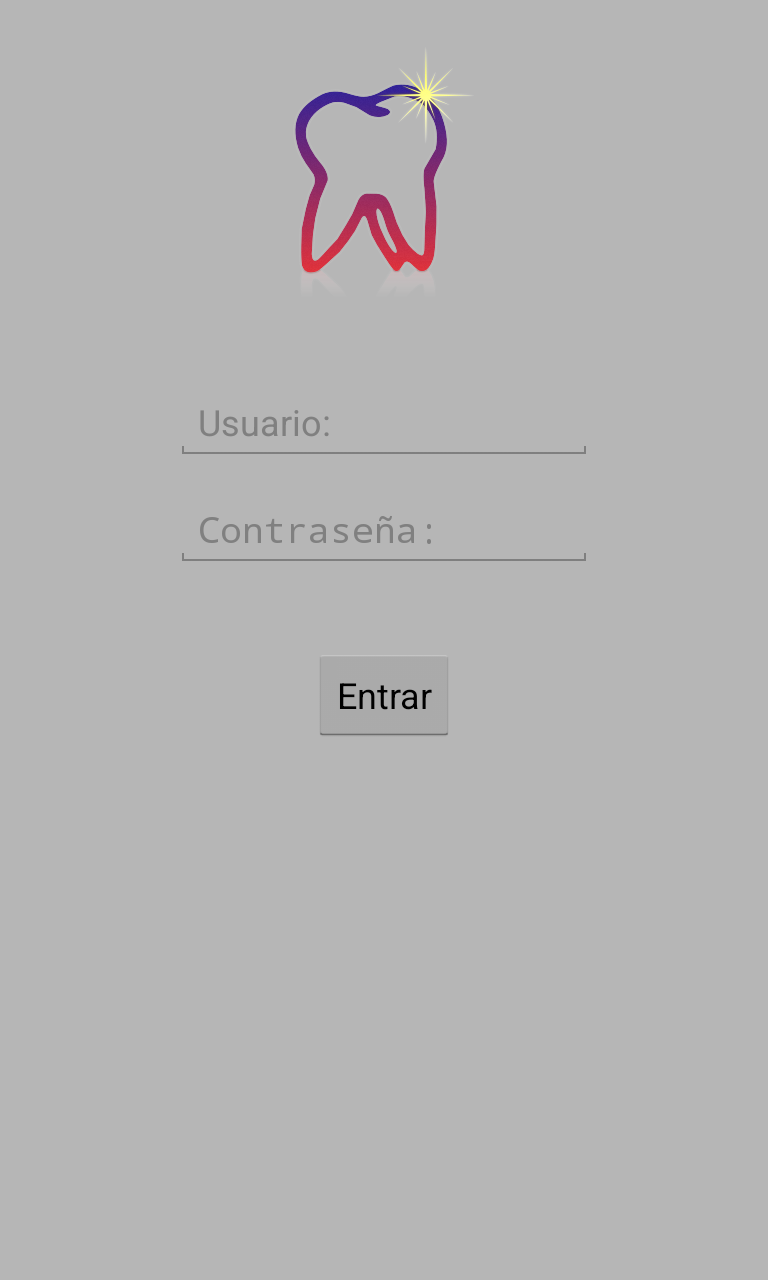
Repository: armandobs94/Dental.App
Layout: AplicacionMovil/DentalApp/Dental.App/res/layout/activity_main.xml
The author's editor kept a copy of each file at every save. The layout is drawn from the files as they stood at one save, then again after the next save.
It is drawn on a 768 x 1280 px phone screen (xhdpi) without system bars, with theme AppTheme; the app's code is not run.

Above is the layout before, as saved 2015-06-11 00:34:23.

### AplicacionMovil/DentalApp/Dental.App/res/layout/activity_main.xml
<RelativeLayout xmlns:android="http://schemas.android.com/apk/res/android"
    xmlns:tools="http://schemas.android.com/tools"
    android:layout_width="match_parent"
    android:layout_height="match_parent"
    android:background="#B6B6B6"
    android:paddingBottom="@dimen/activity_vertical_margin"
    android:paddingLeft="@dimen/activity_horizontal_margin"
    android:paddingRight="@dimen/activity_horizontal_margin"
    android:paddingTop="@dimen/activity_vertical_margin"
    tools:context=".MainActivity" >

    <EditText
        android:id="@+id/usuario"
        android:layout_width="wrap_content"
        android:layout_height="wrap_content"
        android:layout_below="@+id/imageView1"
        android:layout_centerHorizontal="true"
        android:layout_marginTop="42dp"
        android:ems="10"
        android:hint="@string/Usuario"
        />


    <ImageView
        android:id="@+id/imageView1"
        android:layout_width="wrap_content"
        android:layout_height="wrap_content"
        android:layout_alignParentTop="true"
        android:layout_centerHorizontal="true"
        android:contentDescription="@string/app_name"
        android:src="@drawable/diente" />

    <EditText
        android:id="@+id/editText2"
        android:layout_width="wrap_content"
        android:layout_height="wrap_content"
        android:layout_alignLeft="@+id/usuario"
        android:layout_below="@+id/usuario"
        android:layout_marginTop="14dp"
        android:ems="10"
        android:hint="@string/Contra"
        android:inputType="textPassword" />

    <Button
        android:id="@+id/button1"
        android:layout_width="wrap_content"
        android:layout_height="wrap_content"
        android:layout_below="@+id/editText2"
        android:layout_centerHorizontal="true"
        android:layout_marginTop="39dp"
        android:text="@string/Entrar" />

</RelativeLayout>

### AplicacionMovil/DentalApp/Dental.App/res/values/dimens.xml
<resources>

    <!-- Default screen margins, per the Android Design guidelines. -->
    <dimen name="activity_horizontal_margin">16dp</dimen>
    <dimen name="activity_vertical_margin">16dp</dimen>
    <dimen name="nav_drawer_width">260dp</dimen>

</resources>

### AplicacionMovil/DentalApp/Dental.App/res/values/strings.xml
<?xml version="1.0" encoding="utf-8"?>
<resources>

    <string name="app_name">Dental.App</string>
    <string name="action_settings">Configuración</string>
    <string name="hello_world">Hello world!</string>
    <string name="Usuario">Usuario:</string>
    <string name="Contra">Contraseña:</string>
    <string name="Entrar">Entrar</string>
    <string name="campoNombre">Nombre:</string>
    <string name="campoAsunto">Asunto:</string>
    <string name="campoComentario">Ingresa tu comentario aquí:</string>
    <string name="campo_cita">Tu cita es:</string>
    <string name="campoHorario">Horario:</string>
    <string name="botonEnviar">Enviar</string>
    <string name="titleContacto">Contacto</string>
    <item name="Contacto" type="id"/>
    <string name="titlePago">Pago</string>
    <item name="Pagar" type="id"/>

</resources>

Loaded but not shown: AplicacionMovil/DentalApp/Dental.App/res/values/styles.xml (common file); AplicacionMovil/DentalApp/Dental.App/res/values-v11/styles.xml (common file); AplicacionMovil/DentalApp/Dental.App/res/values-v14/styles.xml (common file)

After the next save:
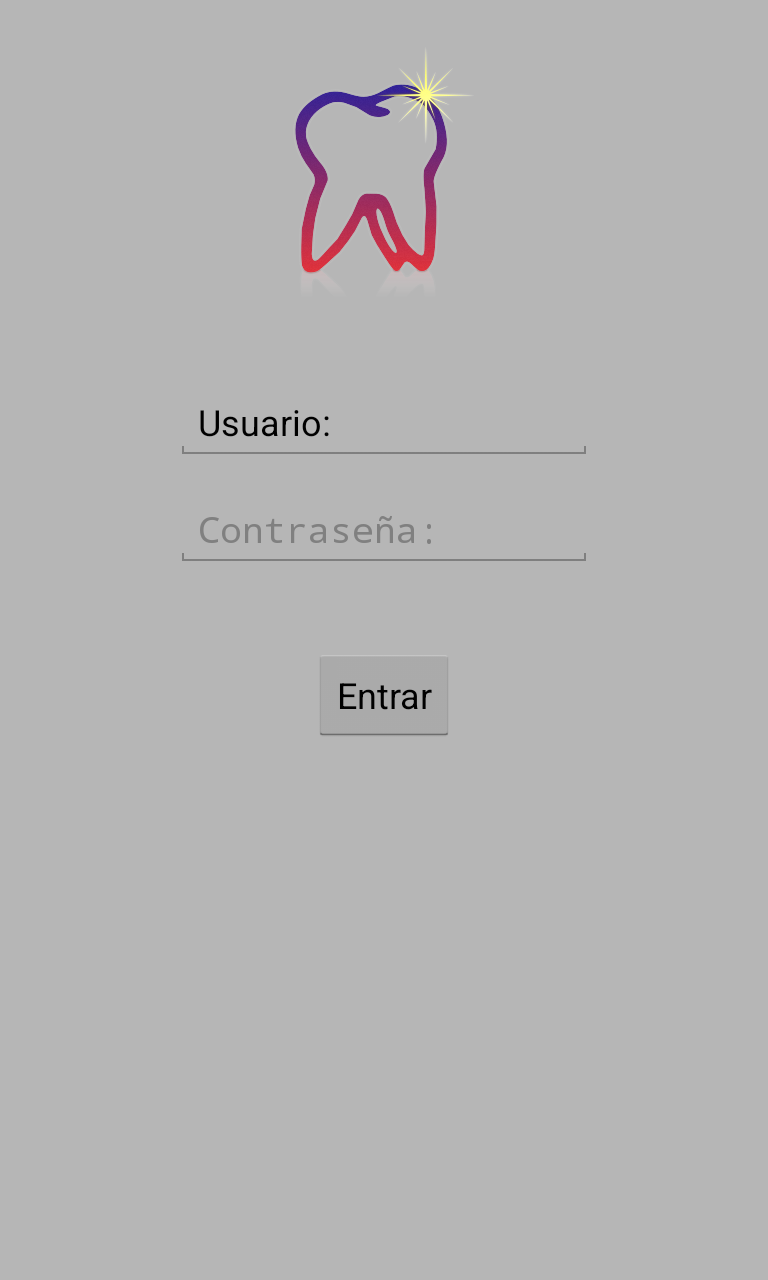
Saved 51 s later.
--- a/AplicacionMovil/DentalApp/Dental.App/res/layout/activity_main.xml
+++ b/AplicacionMovil/DentalApp/Dental.App/res/layout/activity_main.xml
@@ -18,8 +18,7 @@
         android:layout_marginTop="42dp"
         android:ems="10"
         android:hint="@string/Usuario"
-        />
-
+        android:textColorHint="#F000" />
 
     <ImageView
         android:id="@+id/imageView1"
